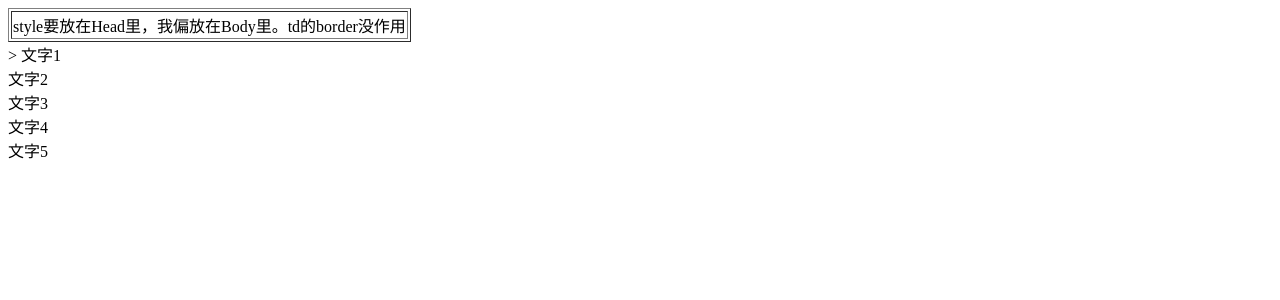
Repository: bookFireFly/bookFireFly
Page: HtmlAndCSS/使用CSS2对页面中的文字添加彩色边框P34.html
These files come from the project's save history. The page is drawn as it stood at one moment and after the next save; the edit follows.
The browser window is 1280 px wide. The pictures show the whole page.

Above is the page before, as saved 2017-10-18 05:20:10.

### HtmlAndCSS/使用CSS2对页面中的文字添加彩色边框P34.html
<!DOCTYPE html>
<html>
<head>
<meta charset="UTF-8">
<title>使用CSS2对页面中的文字添加彩色边框</title>
</head>
<body>
<table name="table1" border="1">
<tr>
<td border="1">style要放在Head里，我偏放在Body里。td的border没作用</h1></td>
</tr>
</table>
<style>
#myboarder{
margin: 3px;
width:180px;
padding-left: 20px;
border-width:5px;
border-color: blue;
border-style: solid;
height:100px;
}
</style>
<div id=<myboarder>>
文字1<br>
文字2<br>
文字3<br>
文字4<br>
文字5<br>
</div>
</body>
</html>

After the next save:
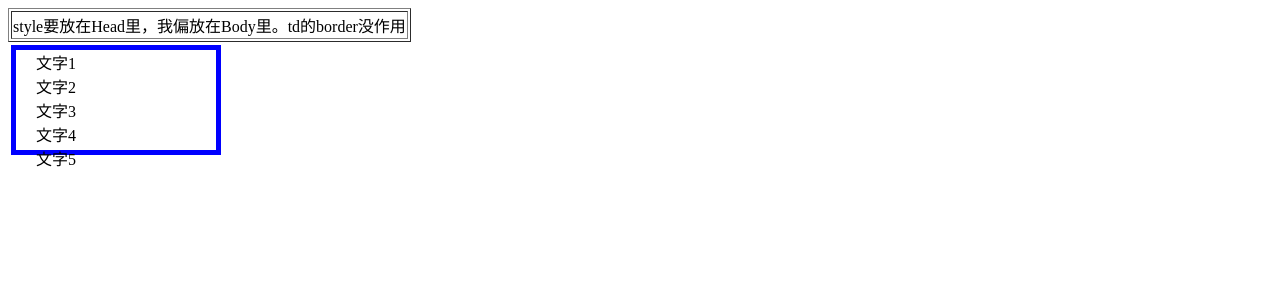
Saved 13 s later.
--- a/HtmlAndCSS/使用CSS2对页面中的文字添加彩色边框P34.html
+++ b/HtmlAndCSS/使用CSS2对页面中的文字添加彩色边框P34.html
@@ -21,7 +21,7 @@ border-style: solid;
 height:100px;
 }
 </style>
-<div id=<myboarder>>
+<div id="myboarder">
 文字1<br>
 文字2<br>
 文字3<br>
